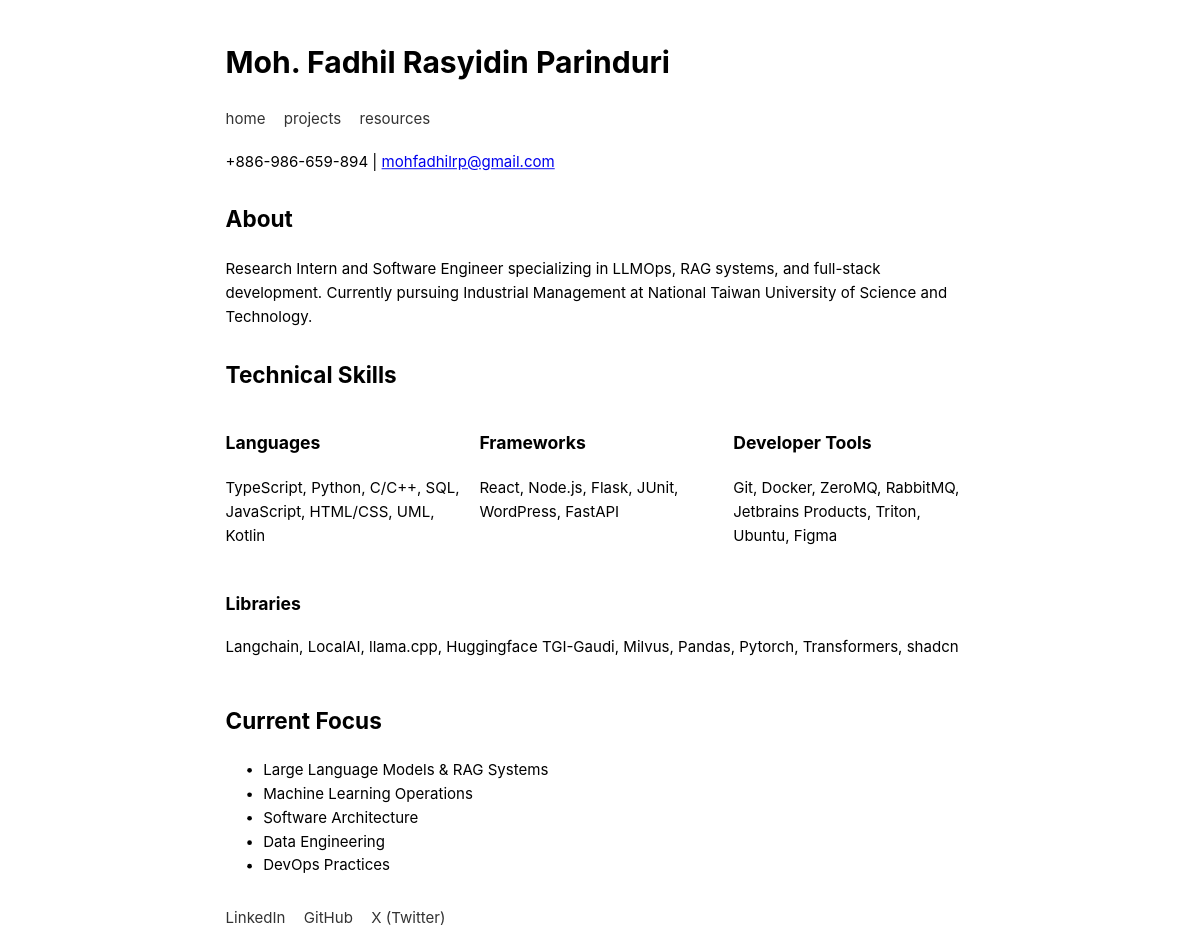
Repository: fadhilrp/fadhilrp.github.io
Page: index.html
These files come from the project's save history. The page is drawn as it stood at one moment and after the next save; the edit follows.
The browser window is 1280 px wide. The pictures show the whole page, at 94% of full size.

Above is the page before, as saved 2025-05-20 14:47:09.

After the next save:
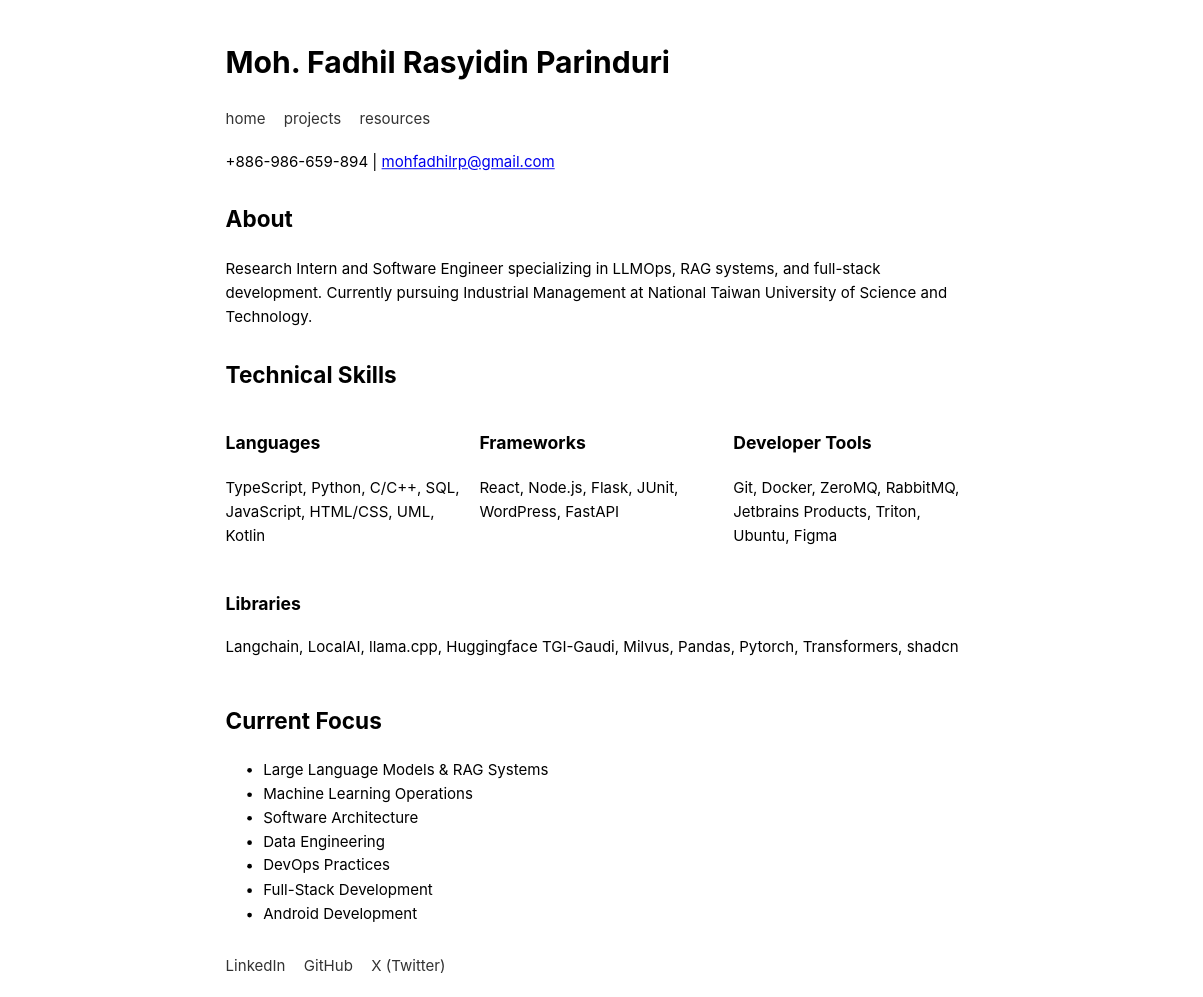
Saved 50 s later.
--- a/index.html
+++ b/index.html
@@ -93,6 +93,8 @@
                 <li>Software Architecture</li>
                 <li>Data Engineering</li>
                 <li>DevOps Practices</li>
+                <li>Full-Stack Development</li>
+                <li>Android Development</li>
             </ul>
         </div>
 
